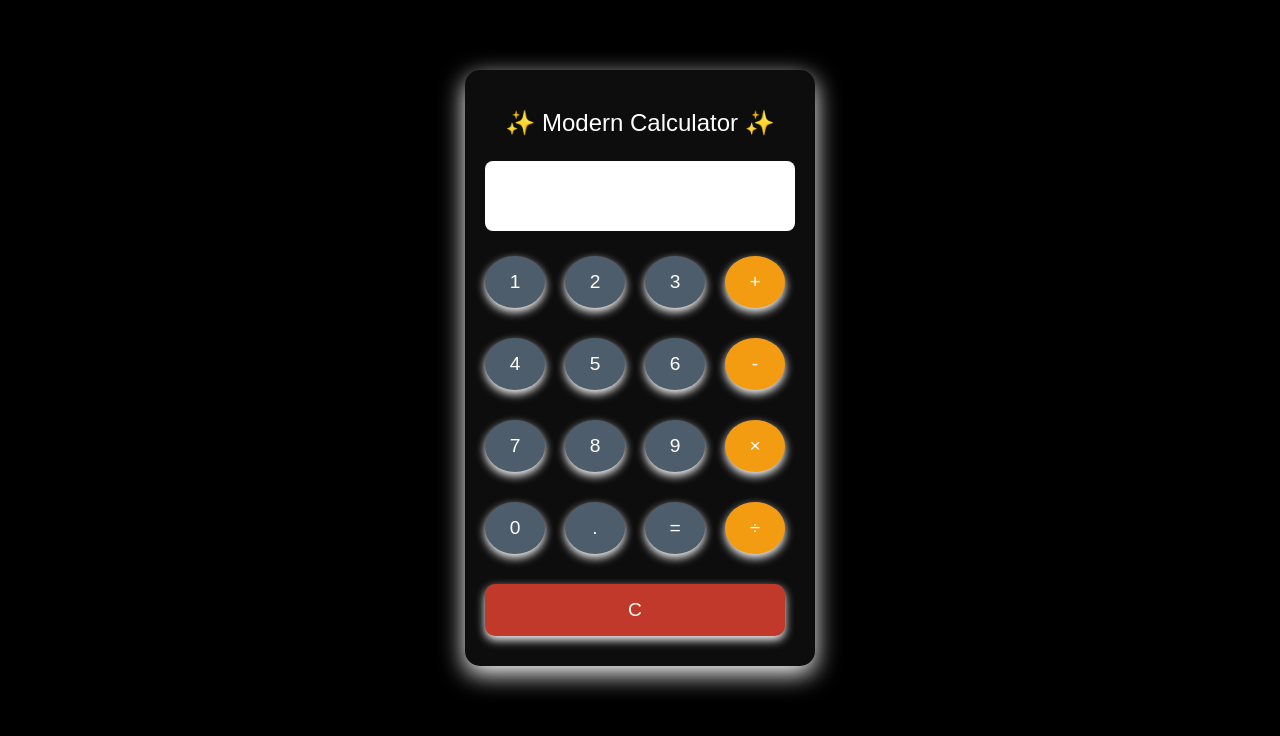
Repository: hawamubarakk/Calculator
Page: calculator.html
The author's editor kept a copy of each file at every save. The page is drawn from the files as they stood at one save, then again after the next save.
The browser window is 1280 px wide. The pictures show the whole page.

Above is the page before, as saved 2025-08-15 21:58:24.

After the next save:
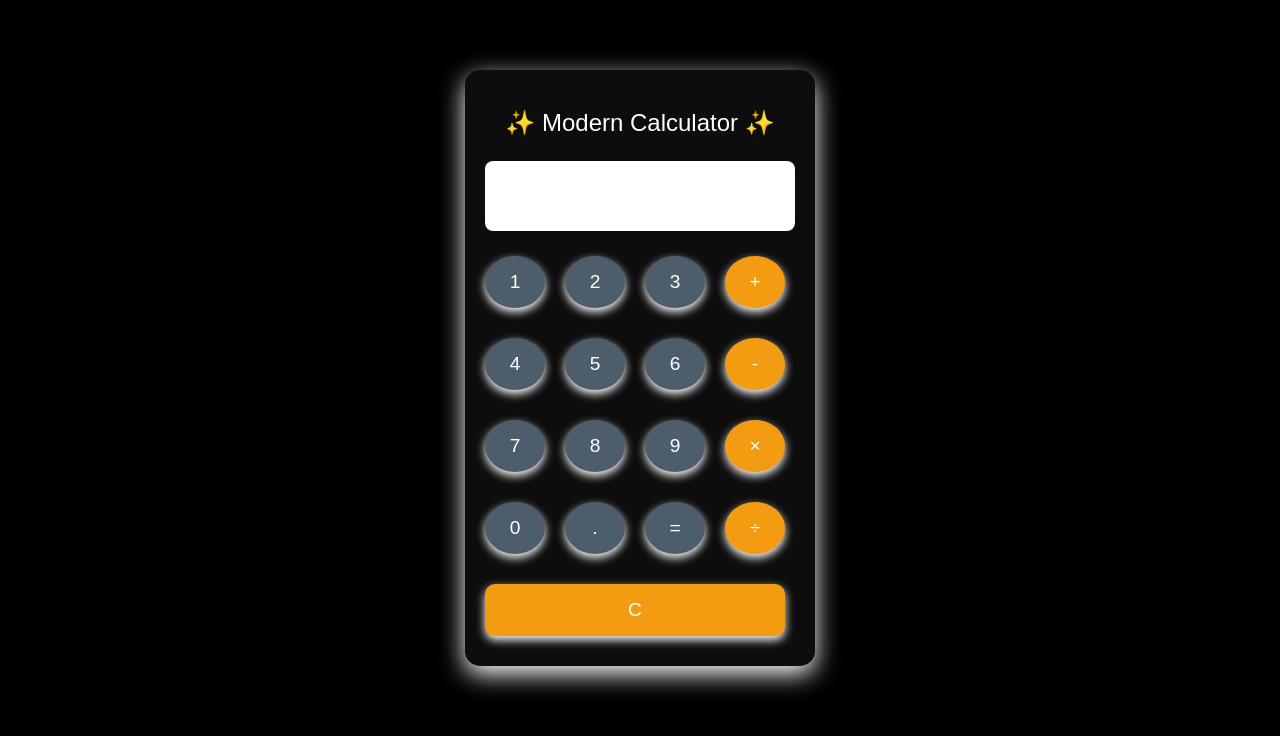
Saved 2 min 16 s later.
--- a/style.css
+++ b/style.css
@@ -73,7 +73,7 @@ button:active {
 .clear-btn {
   grid-column: span 4;
   border-radius: 10px;
-  background: #c0392b;
+  background: #f39c12;
 }
 
 .clear-btn:hover {
